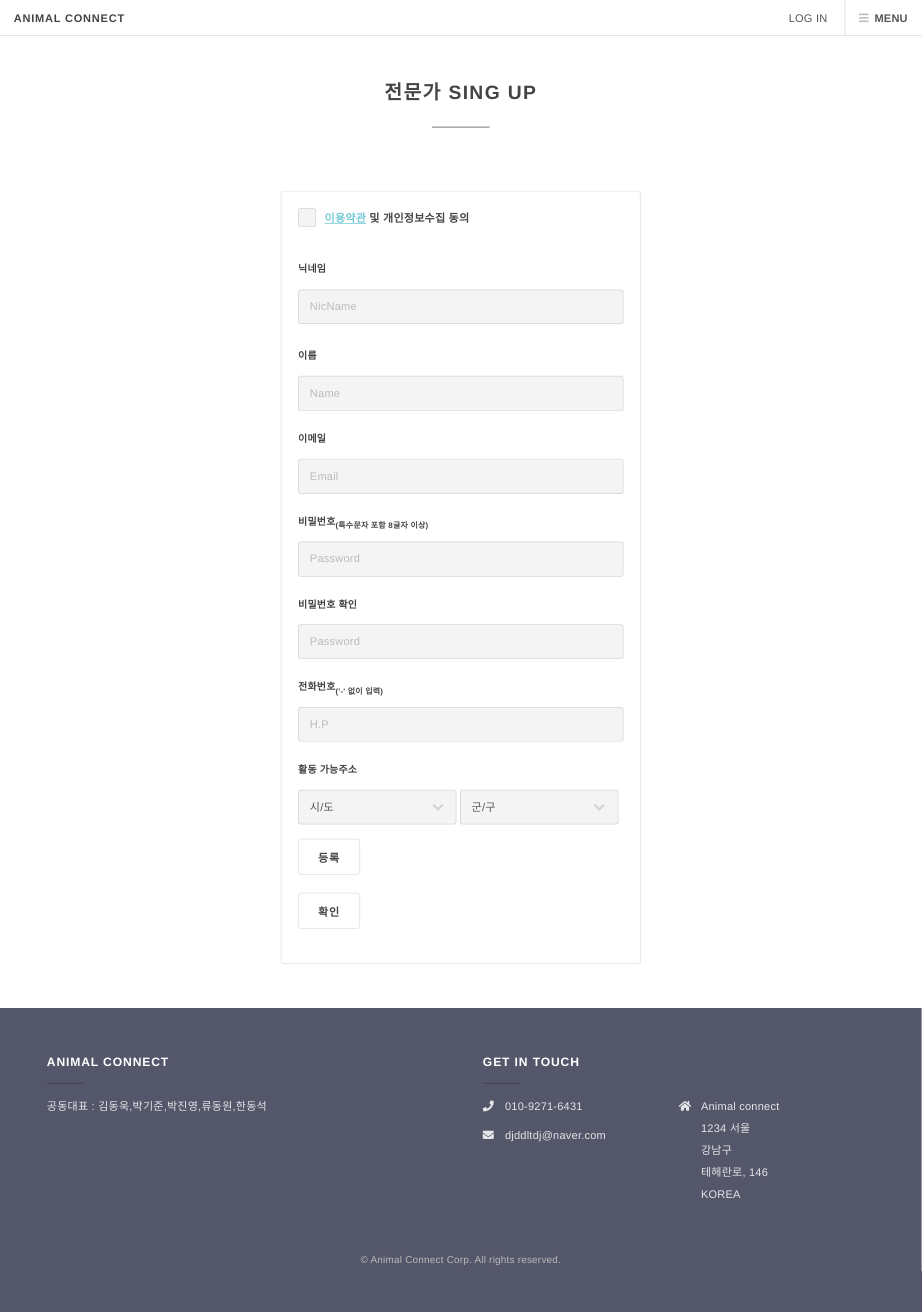
Repository: wnsdldla/git_local
Page: http://localhost/animalConnect/WEB-INF/views/animalConnect/member/proJoin.jsp
The author's editor kept a copy of each file at every save. The page is drawn from the files as they stood at one save, then again after the next save.
The browser window is 1280 px wide. The pictures show the whole page, at 72% of full size.
Some web fonts or font styles are not loaded; a fallback is used. The page is served by Tomcat 9. Nobody is signed in. Other server files are loaded and not shown. The template is opened directly, without the code that normally fills it, so the values that code supplies are empty.

Above is the page before, as saved 2020-12-15 06:25:14.

### animalConnect/src/main/webapp/WEB-INF/views/animalConnect/member/proJoin.jsp
<%@ page language="java" contentType="text/html; charset=UTF-8" pageEncoding="UTF-8" %>
<%@ taglib uri="http://java.sun.com/jsp/jstl/core" prefix="c" %>
<%@ taglib uri="http://java.sun.com/jsp/jstl/functions" prefix="fn" %>
<!DOCTYPE html PUBLIC "-//W3C//DTD HTML 4.01 Transitional//EN" "http://www.w3.org/TR/html4/loose.dtd">
<!--
	Tactile by Pixelarity
	pixelarity.com | hello@pixelarity.com
	License: pixelarity.com/license
-->
<html>
	<head>
		<title>Untitled</title>
		<meta name="viewport" content="width=device-width, initial-scale=1, user-scalable=1" />
		<link rel="stylesheet" href="/resources/assets/css/main.css" />
	</head>
	<body class="is-preload">

			<jsp:include page="../menu/menu.jsp" />


		<!-- Main -->
<article id="main">
<br>
<br>
	<h2 class="major special" align="center">전문가 Sing Up</h2>

	<div class="wrapper">
		<div class="inner">

			<!-- Elements -->
			<div class="row gtr-200">
				<div class="col-12 col-12-medium" align="center">

					<div class="table-wrapper">
						<form action="/animalConnect/member/proJoin" name="proJoinForm" method="post" enctype="multipart/form-data">
							<div class="box" style="flaot:left; width:500px; text-align:left;">
								<div style="margin-bottom:25px;">
									<input type="checkbox" name="check" id="check">
								 	 <label for="check"><strong><a href="terms.html">이용약관</a> 및 개인정보수집 동의</strong></label>
								</div>
								<div style="margin-bottom:25px;">
									<label>닉네임</label>
									<input type="text" name="nicName" style="line-height:100px;" placeholder="NicName">
									<p id="idCheck_text"></p>
								</div>
								<div style="margin-bottom:25px;">
									<label>이름</label>
									<input type="text" name="proName" style="line-height:100px;" placeholder="Name">
								</div>
								<div style="margin-bottom:25px;">
									<label>이메일</label>
									<input type="text" name="proEmail" style="line-height:100px;" placeholder="Email">
								</div>
								<div style="margin-bottom:25px;">
									<label>비밀번호<sub>(특수문자 포함 8글자 이상)</sub></label>
									<input type="password" name="proPw" style="line-height:100px;" placeholder="Password">
								</div>
								<div style="margin-bottom:25px;">
									<label>비밀번호 확인</label>
									<input type="password" name="proCheckPw" style="line-height:100px;" placeholder="Password">
								</div>
								<div style="margin-bottom:25px;">
									<label>전화번호<sub>('-' 없이 입력)</sub></label>
									<input type="text" name="proHp" style="line-height:100px;" placeholder="H.P">
								</div>
								<div style="margin-bottom:25px;" id="newText">
									<label>활동 가능주소</label>
									<select name="sido1" id="sido1" style="display:inline; width:220px;">
     									<option value="">시/도</option>
   								 	</select>
    								<select name="gugun1" id="gugun1"  style="display:inline; width:220px;">
      									<option value="">군/구</option>
    								</select>
    								<input id="map" type="button" value="등록" onclick="checkMap(sido1.value, gugun1.value)" style="margin-top: 20px;" >
								</div>
								<!--
					<label style="text-align:left;">자격증 및 경력 증명서<sub>(필수)</sub></label>

					<ul class="alt">
						<li>
							<input type="file" style="width:55%;" name="file1">
							<input type="button" onclick="cancleFile('file1')" value="첨부 삭제" style="margin-left:100px; padding:0px; height:40px;"/>
						</li>
						<li>
							<input type="file" style="width:55%;" name="file2">
							<input type="button" onclick="cancleFile('file2')" value="첨부 삭제" style="margin-left:100px; padding:0px; height:40px;"/>
						</li>
						<li>
							<input type="file" style="width:55%;" name="file3">
							<input type="button" onclick="cancleFile('file3')" value="첨부 삭제" style="margin-left:100px; padding:0px; height:40px;"/>
						</li>
					</ul>		 -->
								<div style="margin-bottom:25px;">
									<input type="button" onclick="formSubmit()" value="확인">
								</div>
							</div>
						</form>
					</div>
				</div>
			</div>
		</div>
	</div>
</article>

	<jsp:include page="../footer/footer.jsp" />

			<script>var contextPath = "${pageContext.request.contextPath}";</script>
			<script src="/resources/assets/js/proJoin.js"></script>
	</body>
			<script>
				function cancleFile(fileTagName){
					if($.browser.msie){	//ie일 때 초기화
						$("input[name='"+ fileTagName +"']").replaceWith($("input[name='"+ fileTagName +"']").clone(true));
					}else{ //그 외 브라우저일 때 초기화
						$("input[name='"+ fileTagName +"']").val("");
					}
				}
			</script>
</html>

### animalConnect/src/main/webapp/WEB-INF/views/animalConnect/menu/menu.jsp
<%@ page language="java" contentType="text/html; charset=UTF-8" pageEncoding="UTF-8"%>
<%@ taglib uri="http://java.sun.com/jsp/jstl/core" prefix="c" %>
	<!-- Header -->
			<header id="header">
				<h1><a href="/animalConnect/main/main">ANIMAL CONNECT</a></h1>
				<c:choose>
				<c:when test="${session_id eq null}">
					<a href="/animalConnect/login/login">Log In</a>
				</c:when>
				<c:when test="${session_nicName eq null}">
					<span style="color:black;"><a href="#">${session_id}</a> 님 환영합니다.</span>
				</c:when>
			<c:otherwise>
				<span style="color:black;"><a href="#">${session_nicName}</a> 님 환영합니다.</span>
			</c:otherwise>
			</c:choose>
				<a href="#menu">Menu</a>
			</header>


		<!-- Menu -->

		<nav id="menu">
				<ul class="actions stacked">
			<c:choose>
				<c:when test="${session_id eq null}">
					<li><a href="/animalConnect/member/checkJoin" class="button fit primary">Sign Up</a></li>
					<li><a href="${pageContext.request.contextPath}/login/Login.me" class="button fit">Log In</a></li>
				</c:when>
			<c:otherwise>
						<a href="${pageContext.request.contextPath}/login/MemberLogOut.me" class="button fit">로그아웃</a>
			</c:otherwise>
			</c:choose>
				</ul>
				<ul class="links">
					<li><a href="${pageContext.request.contextPath}/question/Question.qo">문의사항</a></li>
					<li><a href="/animalConnect/notice/noticeList">공지사항</a></li>
					<li><a href="${pageContext.request.contextPath}/profile/ProfileList.pro">전문가 프로필</a></li>
					<c:if test="${session_num eq 0}">
						<li><a href="${pageContext.request.contextPath}/question/User_question.qo">일반유저 문의</a></li>
						<li><a href="${pageContext.request.contextPath}/question/Pro_question.qo">전문가 문의</a></li>
						<li><a href="${pageContext.request.contextPath}/approve/ApproveList.ap">승인대기</a></li>
					</c:if>
				</ul>
			</nav>

### animalConnect/src/main/webapp/WEB-INF/views/animalConnect/footer/footer.jsp
<!-- Footer -->
<%@ page language="java" contentType="text/html; charset=UTF-8" pageEncoding="UTF-8"%>

	<footer id="footer">
	<div class="inner">
		<section class="about">
		<h4 class="major">Animal Connect</h4>
		<p>공동대표 : 김동욱,박기준,박진영,류동원,한동석</p><br>
		<p></p>

		</section>
		<section class="contact-info">
		<h4 class="major">Get in Touch</h4>
		<ul class="contact">
			<li class="icon solid fa-phone">010-9271-6431</li>
			<li class="icon solid fa-envelope"><a href="">djddltdj@naver.com</a></li>

		</ul>
		<ul class="contact">
			<li class="icon solid fa-home">Animal connect<br />1234
				서울<br />강남구<br />테헤란로, 146<br />KOREA

			</li>
		</ul>
		</section>
	</div>
	<div class="copyright">
		<p>&copy; Animal Connect Corp. All rights reserved.</p>
	</div>
	</footer>

	<!-- Scripts -->

	<script src="/resources/assets/js/jquery.min.js"></script>
	<script src="/resources/assets/js/jquery.scrolly.min.js"></script>
	<script src="/resources/assets/js/browser.min.js"></script>
	<script src="/resources/assets/js/breakpoints.min.js"></script>
	<script src="/resources/assets/js/util.js"></script>
	<script src="/resources/assets/js/main.js"></script>

Loaded but not shown: animalConnect/src/main/webapp/resources/assets/js/jquery.min.js (library); animalConnect/src/main/webapp/resources/assets/js/jquery.scrolly.min.js (common file); animalConnect/src/main/webapp/resources/assets/js/browser.min.js (common file); animalConnect/src/main/webapp/resources/assets/js/breakpoints.min.js (common file); animalConnect/src/main/webapp/resources/assets/css/fontawesome-all.min.css (library); animalConnect/src/main/webapp/resources/assets/js/util.js (587 lines, source omitted); animalConnect/src/main/webapp/resources/assets/js/proJoin.js (230 lines, source omitted); animalConnect/src/main/webapp/resources/assets/js/main.js (49 lines, source omitted); animalConnect/src/main/webapp/resources/assets/css/main.css (4560 lines, source omitted)

After the next save:
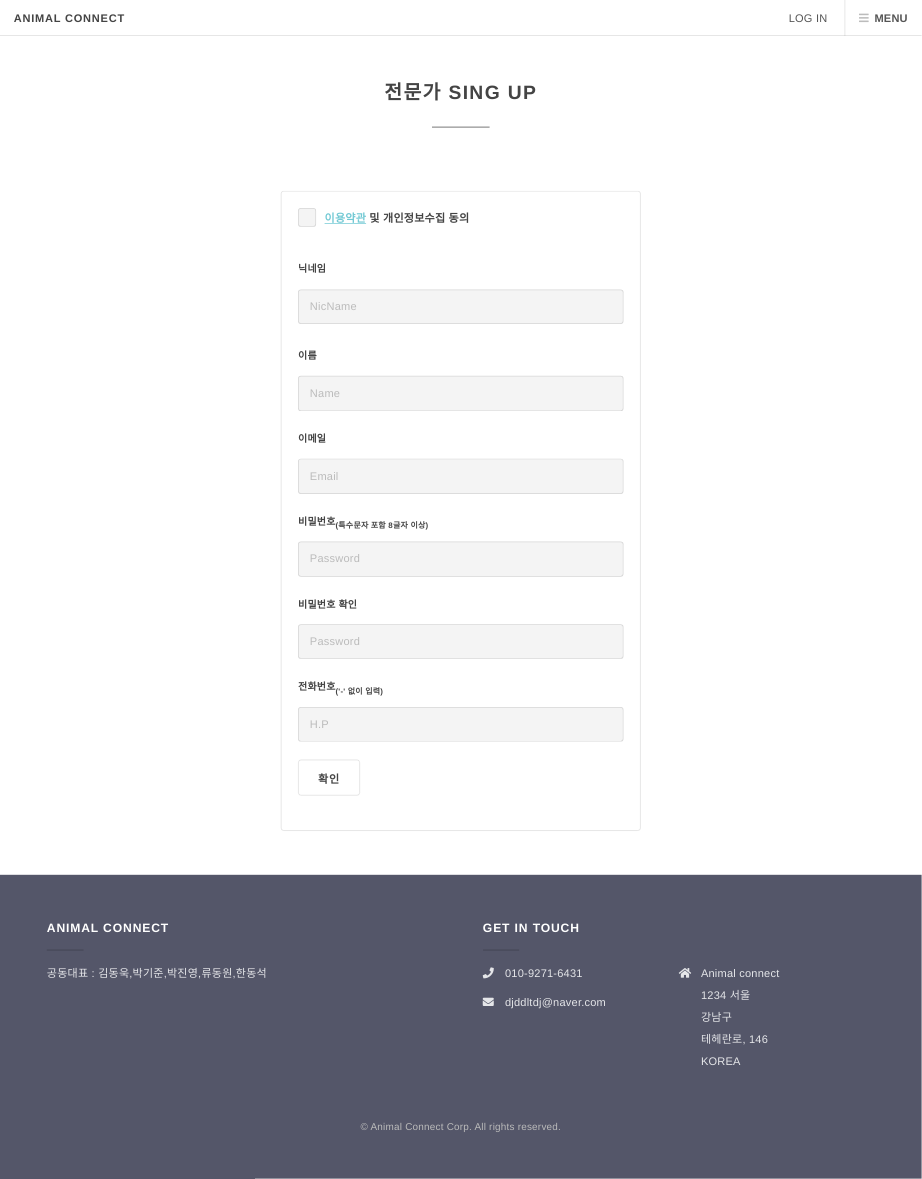
Saved 20 s later.
--- a/animalConnect/src/main/webapp/WEB-INF/views/animalConnect/member/proJoin.jsp
+++ b/animalConnect/src/main/webapp/WEB-INF/views/animalConnect/member/proJoin.jsp
@@ -63,6 +63,7 @@
 									<label>전화번호<sub>('-' 없이 입력)</sub></label>
 									<input type="text" name="proHp" style="line-height:100px;" placeholder="H.P">
 								</div>
+								<!--
 								<div style="margin-bottom:25px;" id="newText">
 									<label>활동 가능주소</label>
 									<select name="sido1" id="sido1" style="display:inline; width:220px;">
@@ -73,7 +74,7 @@
     								</select>
     								<input id="map" type="button" value="등록" onclick="checkMap(sido1.value, gugun1.value)" style="margin-top: 20px;" >
 								</div>
-								<!--
+
 					<label style="text-align:left;">자격증 및 경력 증명서<sub>(필수)</sub></label>
 
 					<ul class="alt">
